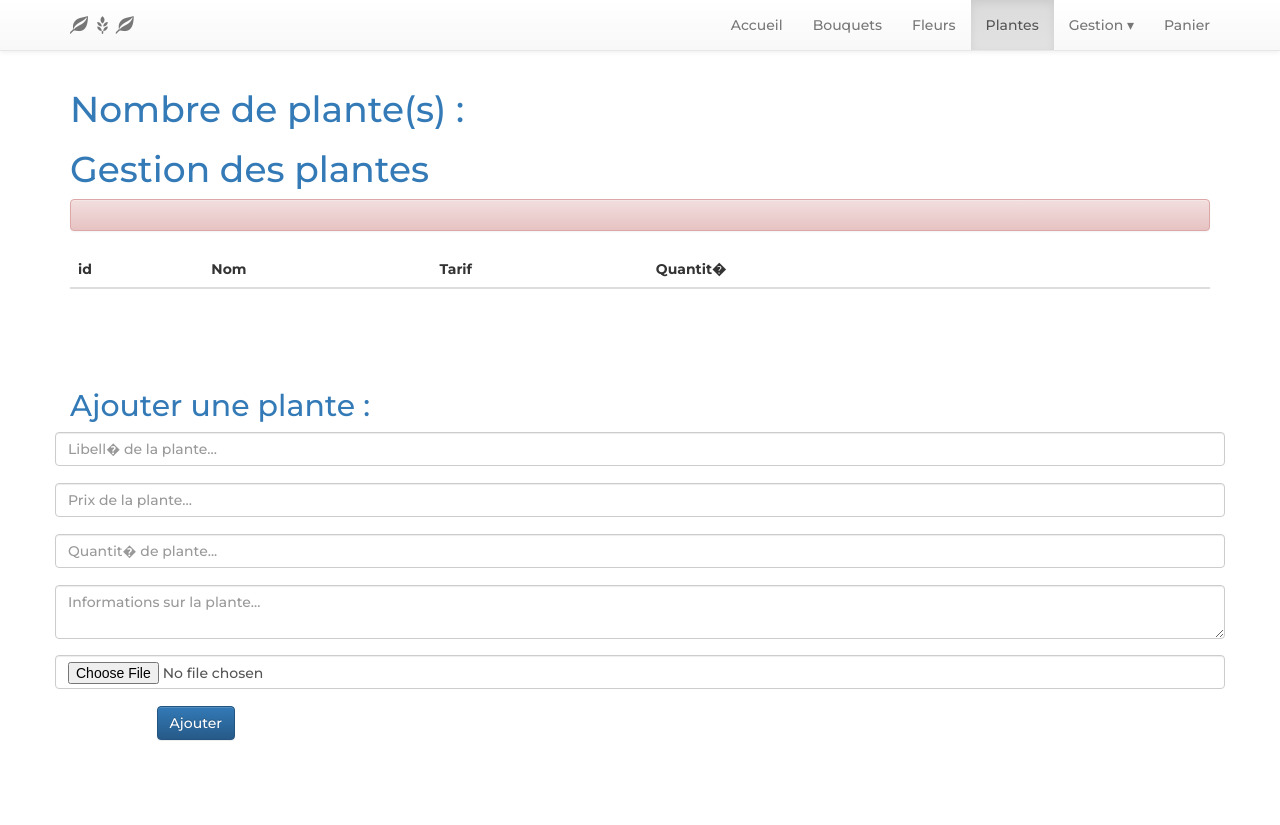
Repository: JeremT8/JavaFleuristeProject
Page: tp-fleuriste/src/main/webapp/plantes.html
The author's editor kept a copy of each file at every save. The page is drawn from the files as they stood at one save, then again after the next save.
The browser window is 1280 px wide. The pictures show the whole page.
The page's requests for data from a server got no answer. Some web libraries are served in a nearby version.

Above is the page before, as saved 2022-05-18 14:07:52.

### tp-fleuriste/src/main/webapp/plantes.html
<!DOCTYPE html>
<html>
<head>
<meta charset="UTF-8">
<title>Flow Hearts</title>
<link rel="stylesheet"
	href="https://maxcdn.bootstrapcdn.com/bootstrap/3.3.7/css/bootstrap.min.css">
<link rel="stylesheet"
	href="https://maxcdn.bootstrapcdn.com/bootstrap/3.3.7/css/bootstrap-theme.min.css">
<script
	src="https://ajax.googleapis.com/ajax/libs/jquery/3.1.1/jquery.min.js"></script>
<script
	src="https://maxcdn.bootstrapcdn.com/bootstrap/3.3.7/js/bootstrap.min.js"></script>
<link rel="apple-touch-icon" sizes="76x76" href="/apple-touch-icon.png">
<link rel="icon" type="image/png" sizes="32x32"
	href="/favicon-32x32.png">
<link rel="icon" type="image/png" sizes="16x16"
	href="/favicon-16x16.png">
<link rel="manifest" href="/site.webmanifest">
<link rel="mask-icon" href="/safari-pinned-tab.svg" color="#5bbad5">
<meta name="msapplication-TileColor" content="#da532c">
<meta name="theme-color" content="#ffffff">
<link rel="stylesheet" href="css/commun.css">
<link rel="preconnect" href="https://fonts.googleapis.com">
<link rel="preconnect" href="https://fonts.gstatic.com" crossorigin>
<link href="https://fonts.googleapis.com/css2?family=Montserrat:wght@300;500;700&display=swap" rel="stylesheet">
<script src="./js/plantes.js"></script>
</head>
<body>
	<nav class="navbar navbar-default navbar-fixed-top">
		<div class="container">
			<div class="navbar-header">
				<a href="index.html" class="navbar-brand active"> <span
					class="glyphicon glyphicon-leaf rotate-leaf"></span> <span
					class="glyphicon glyphicon-grain"></span> <span
					class="glyphicon glyphicon-leaf"></span>
				</a>
				<button class="navbar-toggle" type="button" data-toggle="collapse"
					data-target="#navbar-main">
					<span class="icon-bar"></span> <span class="icon-bar"></span> <span
						class="icon-bar"></span>
				</button>
			</div>
			<div class="navbar-collapse collapse" id="navbar-main">
				<ul class="nav navbar-nav navbar-right">
					<li><a href="index.html">Accueil</a></li>
					<li><a href="bouquets.html">Bouquets</a></li>
					<li><a href="fleurs.html">Fleurs</a></li>
					<li class="active"><a href="plantes.html">Plantes</a></li>
					<li class="nav-item dropdown"><a
						class="nav-link dropdown-toggle" href="#" id="navbarDropdown"
						role="button" data-toggle="dropdown" aria-haspopup="true"
						aria-expanded="false"> Gestion ▾ </a>
						<div class="dropdown-menu" aria-labelledby="navbarDropdown">
							<a class="dropdown-item" href="plantes.html">Plantes</a>
							<div class="dropdown-divider"></div>
							<a class="dropdown-item" href="fleurs.html">Fleurs</a>
							<div class="dropdown-divider"></div>
							<a class="dropdown-item" href="bouquets.html">Bouquets</a>
							<div class="dropdown-divider"></div>
							<a class="dropdown-item" href="saisons.html">Saisons</a>
							<div class="dropdown-divider"></div>
							<a class="dropdown-item" href="styles.html">Styles</a>
						</div></li>
					<li><a  href="panier.html"> Panier</a></li>
				</ul>
			</div>
		</div>
	</nav>
<body>

	<div class="container">
		<h1 class="bleu">
			Nombre de plante(s) : <span id="nbPlante"></span>
		</h1>
		<h1 class="bleu">Gestion des plantes</h1>

		<div class="alert alert-danger d-none" id="errorPlantes"></div>

		<table class="table table-hover table-striped">
			<thead>
				<tr>
					<th>id</th>
					<th>Nom</th>
					<th>Tarif</th>
					<th>Quantit�</th>
					<th>&nbsp;</th>
					<th>&nbsp;</th>
				</tr>
			</thead>
			<tbody id="tbodyliste">
			</tbody>

		</table>

		<br> <br> <br>
		<h2 class="bleu">Ajouter une plante :</h2>
		<div>
			<form class="form-horizontal">
				<div class="form-group">
					<div class="div-form-input mb-3">
						<input type="text"
							id="nomPlante" class="form-control"
							placeholder="Libell� de la plante..." aria-label="Username"
							aria-describedby="basic-addon1">
					</div>
					<div class="div-form-input mb-3">
						<input type="number"
							id="tarifPlante" class="form-control"
							placeholder="Prix de la plante..." aria-label="Username"
							aria-describedby="basic-addon1">
					</div>
					<div class="div-form-input mb-3">
						<input
							type="number" id="quantitePlante" class="form-control"
							placeholder="Quantit� de plante..." aria-label="Username"
							aria-describedby="basic-addon1">
					</div>
					<div class="div-form-input mb-3">

						<textarea class="form-control" id="infoPlante"
							placeholder="Informations sur la plante..."
							aria-label="With textarea"></textarea>
					</div>
					<div class="div-form-input mb-3">
						<input type="file"
							id="urlImagePlante" class="form-control"
							placeholder="URL de l'image..." aria-label="Username"
							aria-describedby="basic-addon1">
					</div>
					<div class="col-xs-2 mt-2">
						<button type="button" id="bAjoutPlante"
							class="btn btn-primary pull-right mt-2">Ajouter</button>
					</div>
				</div>

			</form>
		</div>
	</div>
</body>
</html>

### tp-fleuriste/src/main/webapp/css/commun.css
body {
	padding-top: 70px;
	padding-bottom: 70px;
	font-family: 'Montserrat', sans-serif !important;

}

.navbar-foot {
	width: 100%;
}

.rouge {
	color: red;
}

.vert {
	color: green;
}

.bleu, .glyphicon-shopping-cart {
	color: #337ab7;
}
.gros{
	font-size: 1.0em;
	padding-left: 15px;
	padding-right: 15px;
}
.glyphicon-menu-up, .glyphicon-menu-down{
	font-size: 0.7em;
}
.supp, .modif, .tri{
/* 	cursor:crosshair;	 */
	cursor:pointer;
}

textarea.noresize{
	resize: none;
}

#map{
	width : 100%;
	height : 400px;
	border : 1px solid #337ab7;
}

.icon-flipped {
transform: scaleX(-1);
-moz-transform: scaleX(-1);
-webkit-transform: scaleX(-1);
-ms-transform: scaleX(-1);
}


.bottle{
	display: inline-block !important;
}

a.dropdown-item {
	color: black;
	text-decoration: none;
	width:100%;
	margin: 4% auto;
}

.open > .dropdown-menu  {
	display: flex;
	flex-wrap: wrap;
	flex-direction: column;
	text-align: center;
	letter-spacing: 2px;
}


.input-form {
	margin:0.8em;
}

.div-form-input {
	margin: 0% 0% 1.2em 0%;
}

select#saison, select#style {
	width: 95%;
	margin: 0% 2% 0% 2%;
}

#content {
	display: flex;
	justify-content: space-around;
	flex-wrap: wrap;
}

.card {
	box-shadow: 1px 1px 1px grey;
	border-color: black !important;
	border-radius: 5%;
	margin: 2%;
	display: flex;
	flex-direction: column;
	align-items: center;
	text-align: center;
}

.card-img-top {
	max-width: 400px;
	max-height: 400px;
}


.card-title {
	font-size: 1.2em;
	font-weight: bold;
}

.tarif-card {
	color: green;
	font-weight: bold;
	font-size: 1.4rem;
}

### tp-fleuriste/src/main/webapp/js/plantes.js
$(function() {
	getPlantes();
	getSaisons();
	$("#bAjoutPlante").on("click", ajouterPlante);
});

function getPlantes() {
	$.get("http://localhost:8080/tp-fleuriste/rs/plantes", afficherPlantes);
}

function getSaisons() {
	$.get("http://localhost:8080/tp-fleuriste/rs/saisons", function(saisons) {

		var data = "";
		saisons.forEach(function(s) {
			data += "<option value=" + s.id + ">" + s.libelle + "</option>";
		});

		$("#saison").html(data);

	});
}
function afficherPlantes(plantes) {
	var data = "";
	$("#nbPlante").html(plantes.length);
	plantes.forEach(function(f) {
		var tr = "<tr>";
		tr += "<td>" + f.id + "</td>";
		tr += "<td><button onclick='affichePlante(" + f.id + ")' type='button' class='btn btn-link'>" + f.nom + "</button></td>";
		tr += "<td>" + f.tarif + "</td>";
		tr += "<td>" + f.quantite + "</td>";
		tr += "<td class='centre'><button onclick='modifPlante(" + f.id + ")' type='button' class='btn btn-xs btn-success'>Modifier</button></td>";
		tr += "<td class='centre'><button onclick='suppPlante(" + f.id + ")' type='button' class='btn btn-xs btn-danger'>Supprimer</button></td>";
		tr += "</tr>";

		data += tr;
	})
	$("#tbodyliste").html(data);
}

function ajouterPlante() {

	var data = {
		nom: $("#nomPlante").val(),
		tarif: $("#tarifPlante").val(),
		quantite: $("#quantitePlante").val(),
		description: $("#infoPlante").val(),
		image: $("#urlImagePlante").val(),
	}


	$.ajax({
		type: 'post',
		url: 'http://localhost:8080/tp-fleuriste/rs/plantes',
		data: JSON.stringify(data),
		contentType: "application/json;charset=utf-8",
		success: function() {
			window.location = "plantes.html";
		}
	})
		.fail(function() {
			$("#errorPlantes").css("display", "block");
			$("#errorPlantes").html("Une erreur est survenue lors de l'ajout");
		})
}

function affichePlante(id) {
	window.location = "plante-detail.html?id=" + id;
}

function modifPlante(id) {
	window.location = "modifplante.html?id=" + id;
}

function suppPlante(id) {
	$.ajax({
		type: 'delete',
		url: 'http://localhost:8080/tp-fleuriste/rs/plantes/' + id,
		success: function() {
			getPlantes();
		}
	})
		.fail(function() {
			$("#errorPlantes").css("display", "block");
			$("#errorPlantes").html("Une erreur est survenue lors de la suppression");
		})
}

After the next save:
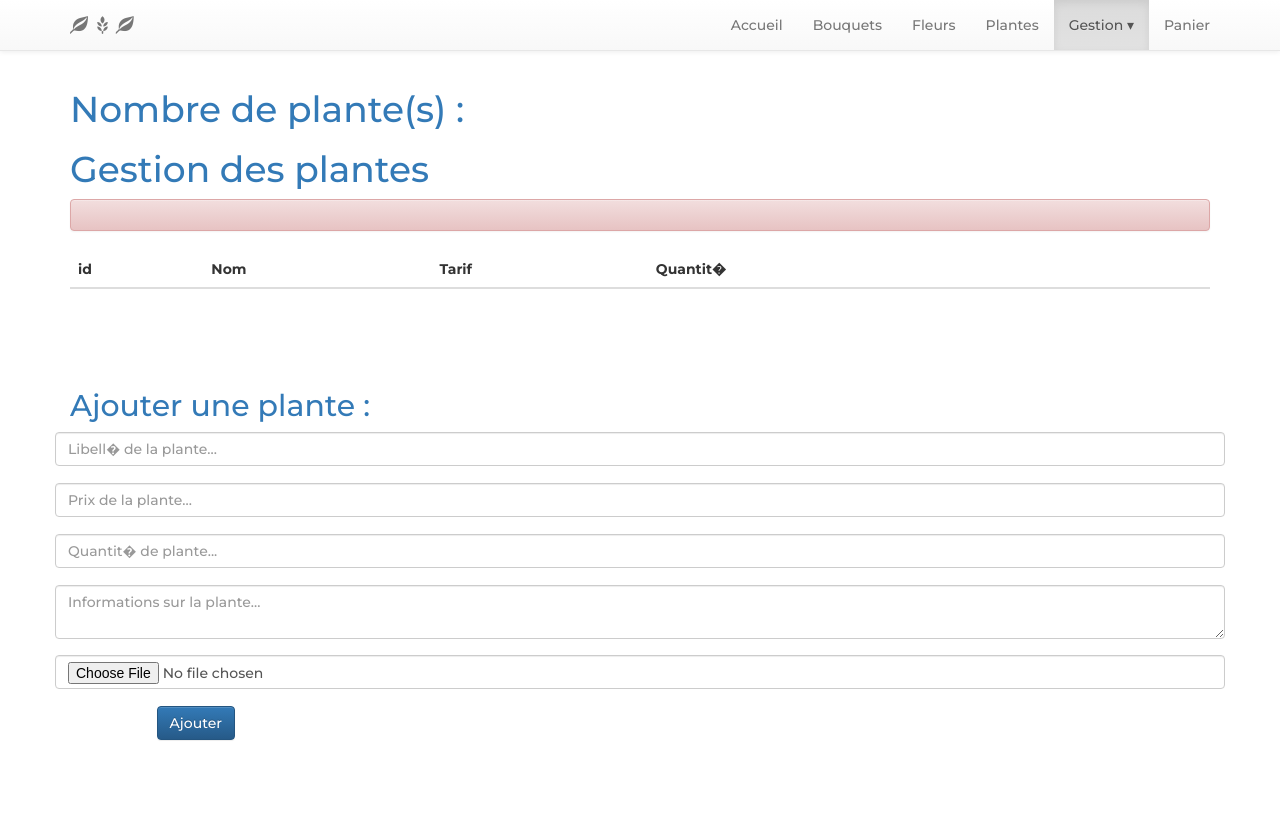
Saved 24 s later.
--- a/tp-fleuriste/src/main/webapp/plantes.html
+++ b/tp-fleuriste/src/main/webapp/plantes.html
@@ -46,8 +46,8 @@
 					<li><a href="index.html">Accueil</a></li>
 					<li><a href="bouquets.html">Bouquets</a></li>
 					<li><a href="fleurs.html">Fleurs</a></li>
-					<li class="active"><a href="plantes.html">Plantes</a></li>
-					<li class="nav-item dropdown"><a
+					<li><a href="plantes.html">Plantes</a></li>
+					<li class="nav-item dropdown active"><a
 						class="nav-link dropdown-toggle" href="#" id="navbarDropdown"
 						role="button" data-toggle="dropdown" aria-haspopup="true"
 						aria-expanded="false"> Gestion ▾ </a>
